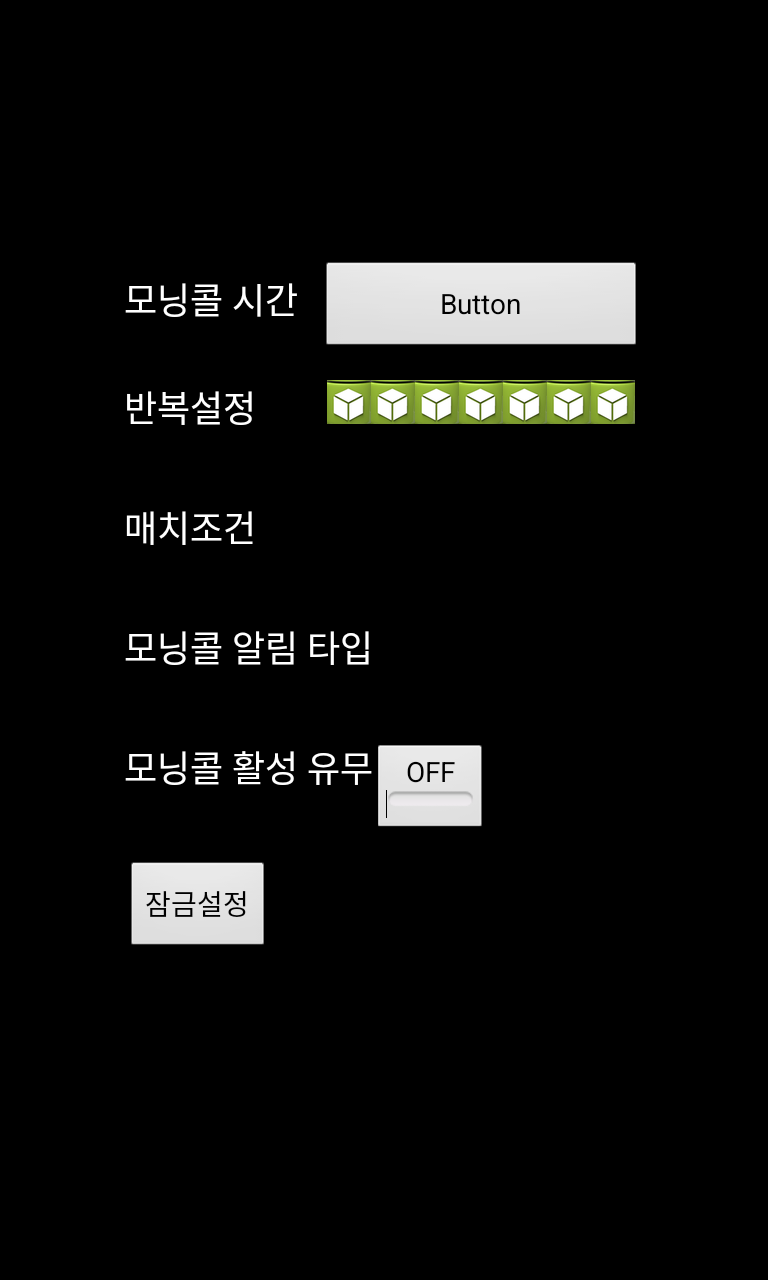
Repository: blacky512/smart_morning_call
Layout: client/SmartMorningCall/res/layout/randomcall_frag.xml
An editor plug-in stored every save of this project. The layout is shown before and after the next save, followed by the edit.
It is drawn on a 768 x 1280 px phone screen (xhdpi) without system bars, with theme android:Theme.NoTitleBar; the app's code is not run.

Above is the layout before, as saved 2013-02-18 19:12:47.

After the next save:
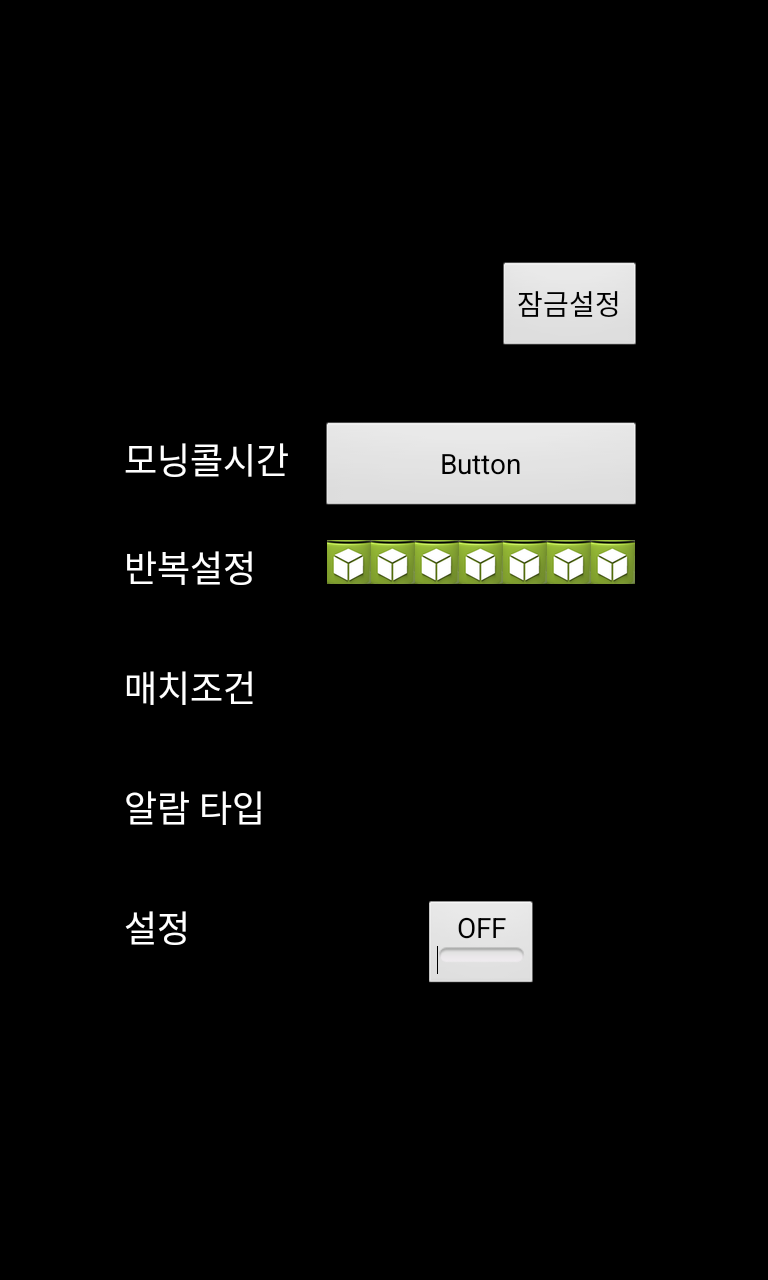
Saved 5 min 14 s later.
--- a/client/SmartMorningCall/res/layout/randomcall_frag.xml
+++ b/client/SmartMorningCall/res/layout/randomcall_frag.xml
@@ -11,6 +11,21 @@
         android:layout_marginTop="26dp"
         android:orientation="vertical" >
 
+        <RelativeLayout
+            android:id="@+id/RelativeLayout1"
+            android:layout_width="260dp"
+            android:layout_height="80dp" >
+
+            <Button
+                android:id="@+id/button1"
+                android:layout_width="wrap_content"
+                android:layout_height="wrap_content"
+                android:layout_alignParentRight="true"
+                android:layout_alignParentTop="true"
+                android:text="잠금설정" />
+
+        </RelativeLayout>
+
         <FrameLayout
             android:id="@+id/rcall_1"
             android:layout_width="260dp"
@@ -31,7 +46,7 @@
                         android:layout_width="0dp"
                         android:layout_height="wrap_content"
                         android:layout_weight="0.6"
-                        android:text="모닝콜 시간"
+                        android:text="모닝콜시간"
                         android:textAppearance="?android:attr/textAppearanceMedium" />
 
                     <RelativeLayout
@@ -46,7 +61,6 @@
                             android:layout_centerHorizontal="true"
                             android:layout_weight="1"
                             android:text="Button" />
-
                     </RelativeLayout>
                 </LinearLayout>
 
@@ -116,7 +130,6 @@
                                 android:layout_height="22dp"
                                 android:src="@drawable/ic_launcher" />
                         </LinearLayout>
-
                     </RelativeLayout>
                 </LinearLayout>
 
@@ -127,10 +140,24 @@
 
                     <TextView
                         android:id="@+id/textView3"
-                        android:layout_width="wrap_content"
-                        android:layout_height="wrap_content"
+                        android:layout_width="0dp"
+                        android:layout_height="wrap_content"
+                        android:layout_weight="0.6"
                         android:text="매치조건"
                         android:textAppearance="?android:attr/textAppearanceMedium" />
+
+                    <RelativeLayout
+                        android:layout_width="0dp"
+                        android:layout_height="match_parent"
+                        android:layout_weight="1" >
+
+                        <LinearLayout
+                            android:layout_width="match_parent"
+                            android:layout_height="match_parent"
+                            android:layout_centerHorizontal="true"
+                            android:layout_centerVertical="true" >
+                        </LinearLayout>
+                    </RelativeLayout>
                 </LinearLayout>
 
                 <LinearLayout
@@ -140,10 +167,24 @@
 
                     <TextView
                         android:id="@+id/textView4"
-                        android:layout_width="wrap_content"
-                        android:layout_height="wrap_content"
-                        android:text="모닝콜 알림 타입"
-                        android:textAppearance="?android:attr/textAppearanceMedium" />
+                        android:layout_width="0dp"
+                        android:layout_height="wrap_content"
+                        android:layout_weight="0.6"
+                        android:text="알람 타입"
+                        android:textAppearance="?android:attr/textAppearanceMedium" />
+
+                    <RelativeLayout
+                        android:layout_width="0dp"
+                        android:layout_height="match_parent"
+                        android:layout_weight="1" >
+
+                        <LinearLayout
+                            android:layout_width="match_parent"
+                            android:layout_height="match_parent"
+                            android:layout_centerHorizontal="true"
+                            android:layout_centerVertical="true" >
+                        </LinearLayout>
+                    </RelativeLayout>
                 </LinearLayout>
 
                 <LinearLayout
@@ -153,30 +194,35 @@
 
                     <TextView
                         android:id="@+id/textView5"
-                        android:layout_width="wrap_content"
-                        android:layout_height="wrap_content"
-                        android:text="모닝콜 활성 유무"
-                        android:textAppearance="?android:attr/textAppearanceMedium" />
-
-                    <ToggleButton
-                        android:id="@+id/onoff"
-                        android:layout_width="wrap_content"
-                        android:layout_height="wrap_content"
-                        android:text="ToggleButton" />
+                        android:layout_width="0dp"
+                        android:layout_height="wrap_content"
+                        android:layout_weight="0.6"
+                        android:text="설정"
+                        android:textAppearance="?android:attr/textAppearanceMedium" />
+
+                    <RelativeLayout
+                        android:layout_width="0dp"
+                        android:layout_height="match_parent"
+                        android:layout_weight="1" >
+
+                        <RelativeLayout
+                            android:id="@+id/RelativeLayout1"
+                            android:layout_width="match_parent"
+                            android:layout_height="match_parent"
+                            android:layout_centerInParent="true" >
+
+                            <ToggleButton
+                                android:id="@+id/onoff"
+                                android:layout_width="wrap_content"
+                                android:layout_height="wrap_content"
+                                android:layout_alignParentTop="true"
+                                android:layout_centerHorizontal="true"
+                                android:text="ToggleButton" />
+                        </RelativeLayout>
+                    </RelativeLayout>
                 </LinearLayout>
             </LinearLayout>
         </FrameLayout>
-
-        <FrameLayout
-            android:layout_width="260dp"
-            android:layout_height="80dp" >
-
-            <Button
-                android:id="@+id/button1"
-                android:layout_width="wrap_content"
-                android:layout_height="wrap_content"
-                android:text="잠금설정" />
-        </FrameLayout>
     </LinearLayout>
 
 </RelativeLayout>
